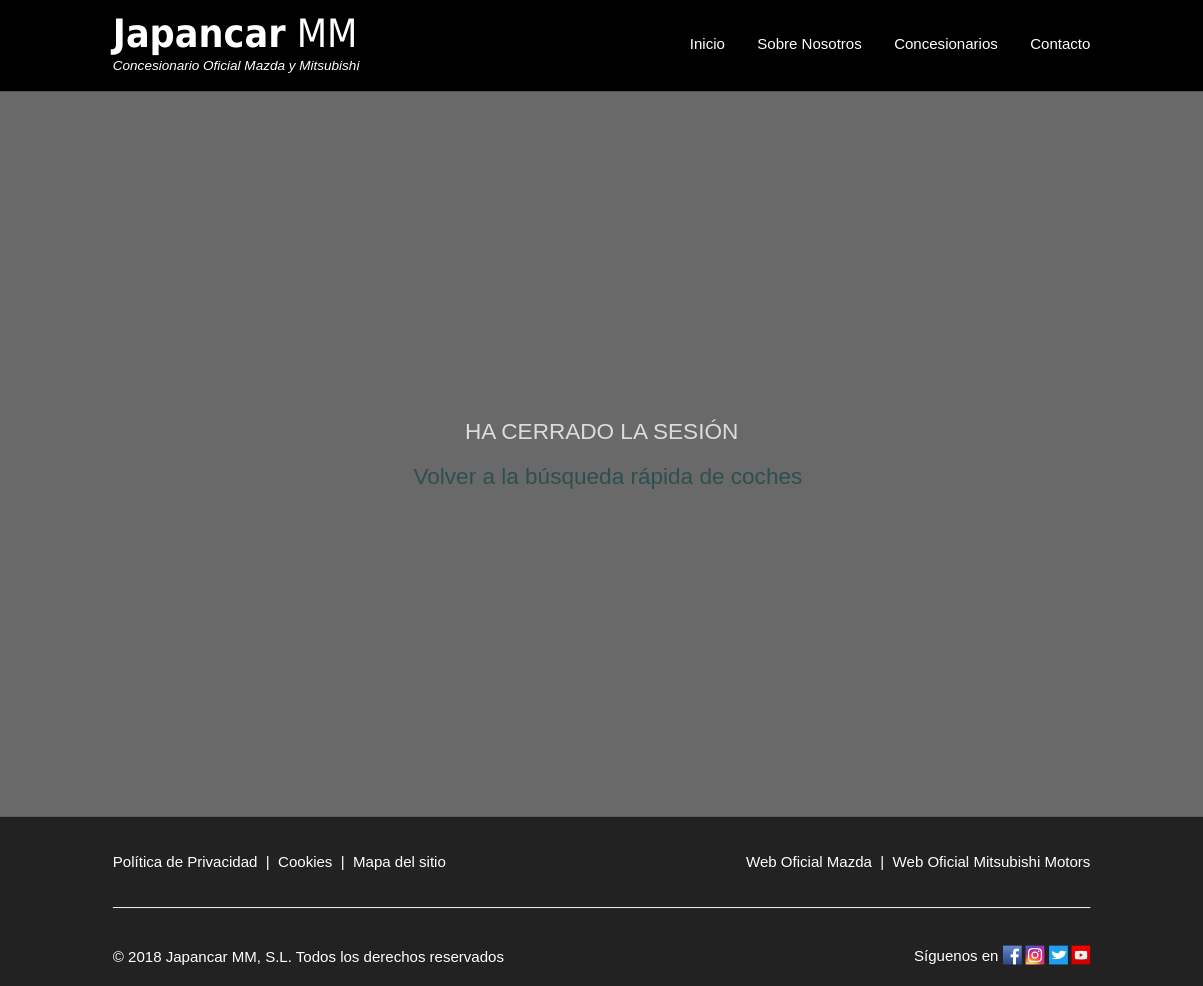
Repository: fjrm/Proyecto_1
Page: PruebaEE/WebContent/PaginaFin.html
An editor plug-in stored every save of this project. The page is shown before and after the next save, followed by the edit.
The browser window is 1280 px wide. The pictures show the whole page, at 94% of full size.
The pointer rests on the first visible `main>a`.
Some web libraries are served in a nearby version.

Above is the page before, as saved 2018-12-04 18:29:08.

After the next save:
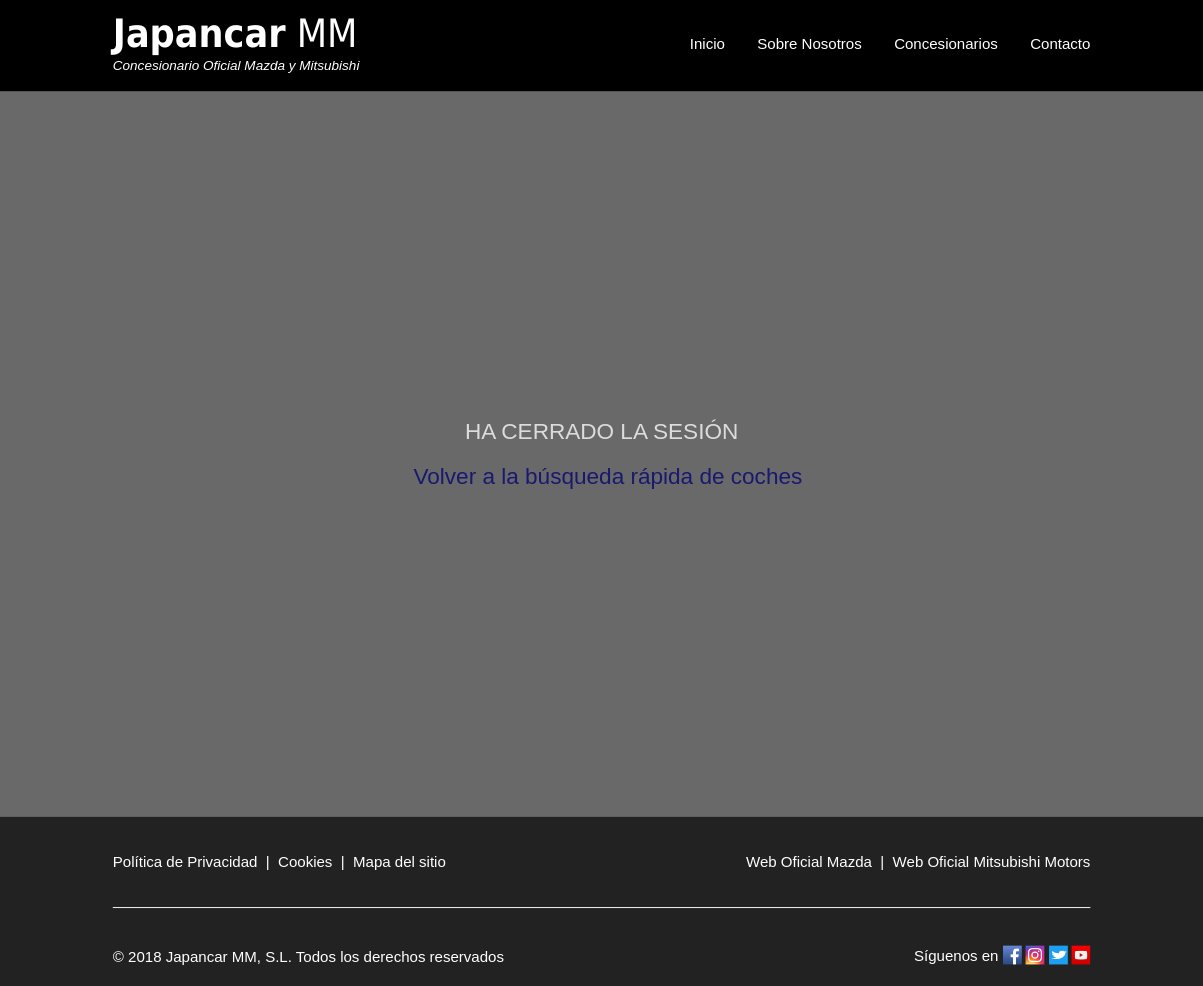
Saved 72 s later.
--- a/PruebaEE/WebContent/PaginaFin.html
+++ b/PruebaEE/WebContent/PaginaFin.html
@@ -25,7 +25,7 @@
 		}
 
 		main>a:hover{
-			color: #2F4F4F;
+			color: #191970;
 		}
 
 		body{
